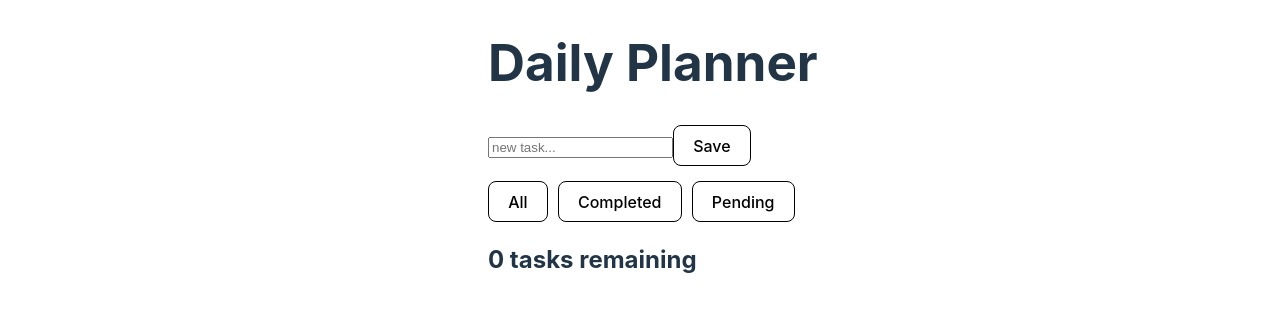
Repository: leslie179/labfour
Page: / (app in labfour/)
These files come from the project's save history. The page is drawn as it stood at one moment and after the next save; the edit follows.
The browser window is 1280 px wide. The pictures show the whole page.
The project was rebuilt for these pictures with package versions that can differ from the ones it lists, and the page was loaded fresh each time. Also part of the build but not shown: labfour/vite.config.js, labfour/src/components/Task.jsx.

Above is the page before, as saved 2024-10-27 19:51:52.

After the next save:
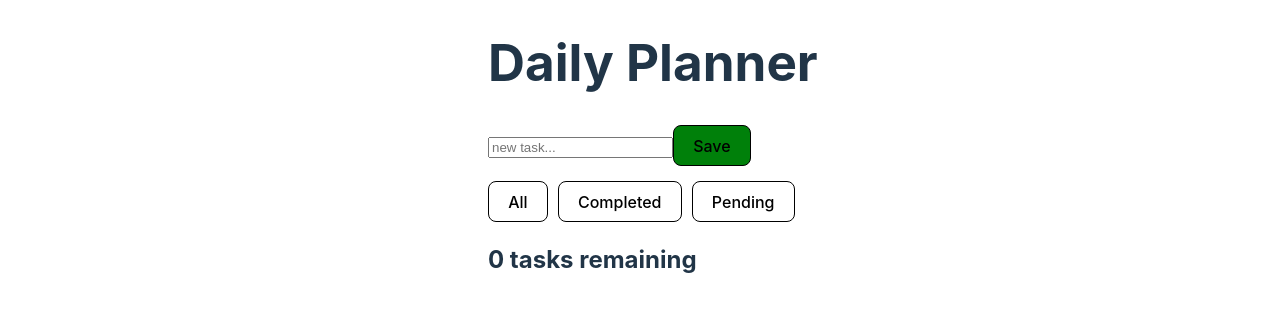
Saved 6 s later.
--- a/labfour/src/App.css
+++ b/labfour/src/App.css
@@ -11,7 +11,6 @@
 .save{
   background-color: #00800a;
   border: 1px solid black;
-  background-color: white;
 }
 
 .task-font {
